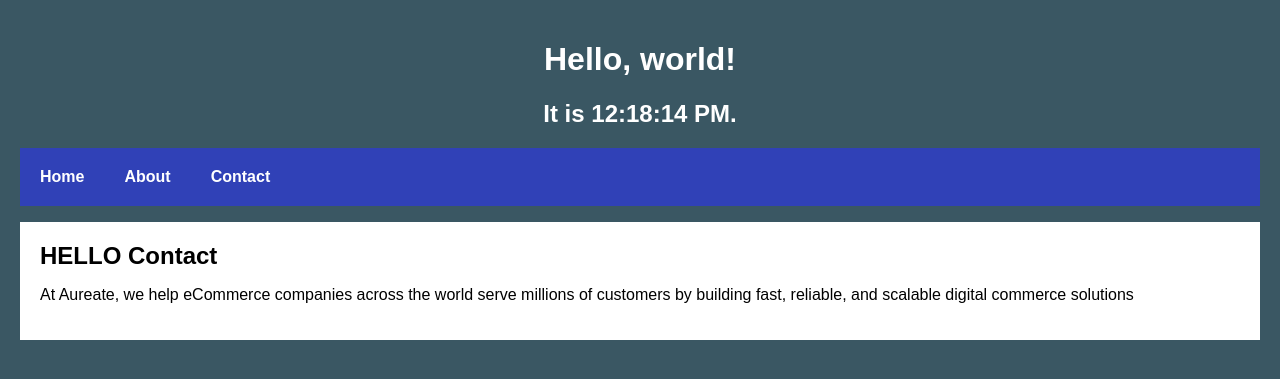
Repository: hardikaureate/React-Pages-Menu
Page: /#/contact
An editor plug-in stored every save of this project. The page is shown before and after the next save, followed by the edit.
The browser window is 1280 px wide. The pictures show the whole page.
The project was rebuilt for these pictures with package versions that can differ from the ones it lists, and the page was loaded fresh each time. Also part of the build but not shown: src/Home.js, src/About.js.

Above is the page before, as saved 2020-10-09 14:59:39.

### src/index.js
import React from 'react';
import ReactDOM from 'react-dom';
import './index.css';
import Main from './Main';
import Clock from './Clock';

ReactDOM.render(
<React.Fragment>
<Clock />
<Main/>
</React.Fragment>
, document.getElementById('root'));

### src/index.css
body {
    background-color: #3a5763;
    padding: 20px;
    margin: 0;
}

h1,
h2,
p,
ul,
li {
    font-family: sans-serif;
}

ul.header li {
    display: inline;
    list-style-type: none;
    margin: 0;
}

ul.header {
    background-color: #3041b7;
    padding: 0;
}

ul.header li a {
    color: #FFF;
    font-weight: bold;
    text-decoration: none;
    padding: 20px;
    display: inline-block;
}

.content {
    background-color: #FFF;
    padding: 20px;
}

.content h2 {
    padding: 0;
    margin: 0;
}

.content li {
    margin-bottom: 10px;
}

.active {
    background-color: #0099FF;
}

.common {
    text-align: center;
    color: #FFF;
}

### src/Main.js
import React, { Component } from 'react'
import {Route, Link, HashRouter} from 'react-router-dom';
import Home from './Home';
import About from './About';
import Contact from './Contact';


class Main extends Component {
        render(){
                return(
                        <HashRouter>
                        <React.Fragment>
                                <ul className="header">
                                        <li><Link exact to="/">Home</Link></li>
                                        <li><Link to="/about">About</Link></li>
                                        <li><Link to="/contact">Contact</Link></li>
                                </ul>

                                <div className="content">
                                        <Route exact path="/" component={Home} />
                                        <Route path="/about" component={About} />
                                        <Route path="/contact" component={Contact} />
                                </div>
                        </React.Fragment>
                        </HashRouter>
                )
        }
}

export default Main;

### src/Clock.js
import React, { Component } from 'react'

export default class Clock extends Component {
        constructor(props) {
                super(props);
                console.log('constructtt');
                this.state = {date: new Date()};
              }

              componentDidMount(){
                console.log('DidMount')
                      this.Tid = setInterval( () =>
                              this.tick(), 1000
                      );
              }

              componentWillUnmount() {
                      console.log('WillMount')
                      clearInterval(this.Tid)
              }

              tick(){
                //console.log('tick()method')
                      this.setState({
                              date : new Date()
                      })
              }

              render() {
                      console.log('Rendering')
                return (
                  <div>
                    <h1 className="common">Hello, world!</h1>
                    <h2 className="common">It is {this.state.date.toLocaleTimeString()}.</h2>
                  </div>
                );
              }
}

### src/Contact.js
import React, { Component } from 'react'

class Contact extends Component {
        render() {
                return (
                        <div>
                        <h2>HELLO Contact</h2>
                                <p>At Aureate, we help eCommerce companies across the world serve millions of customers by building fast, reliable, and scalable digital commerce solutions</p>
                        </div>
                )
        }
}

export default Contact;

Loaded but not shown: public/index.html (common file)

After the next save:
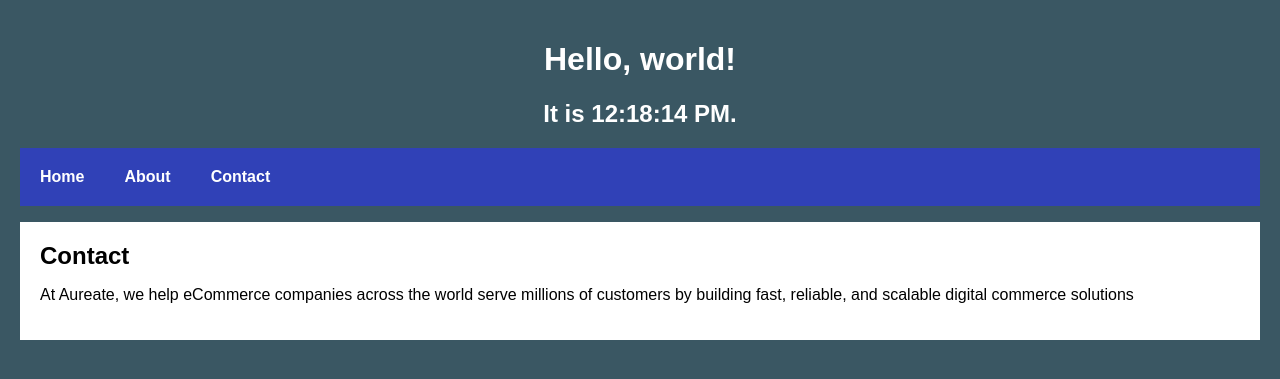
Saved 5 s later.
--- a/src/Contact.js
+++ b/src/Contact.js
@@ -4,7 +4,7 @@
         render() {
                 return (
                         <div>
-                        <h2>HELLO Contact</h2>
+                        <h2>Contact</h2>
                                 <p>At Aureate, we help eCommerce companies across the world serve millions of customers by building fast, reliable, and scalable digital commerce solutions</p>
                         </div>
                 )
